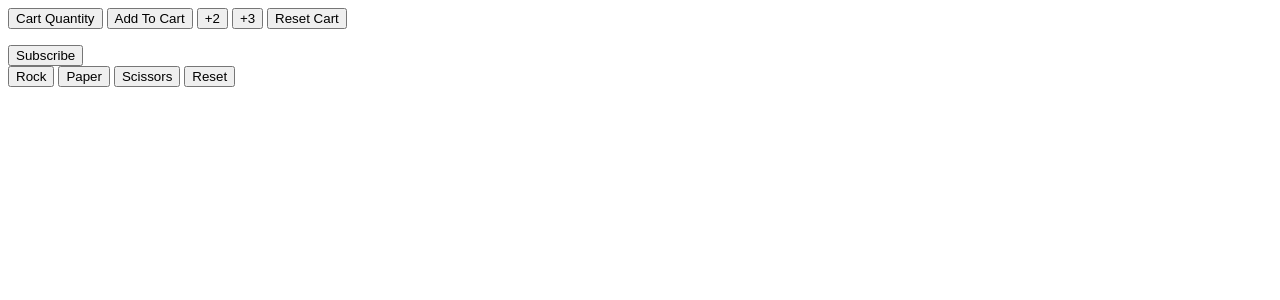
Repository: EguJaredoBoyd/Jared-Learning-Projects
Page: javascript-tutorial.html
The author's editor kept a copy of each file at every save. The page is drawn from the files as they stood at one save, then again after the next save.
The browser window is 1280 px wide. The pictures show the whole page.

Above is the page before, as saved 2025-07-04 13:34:26.

After the next save:
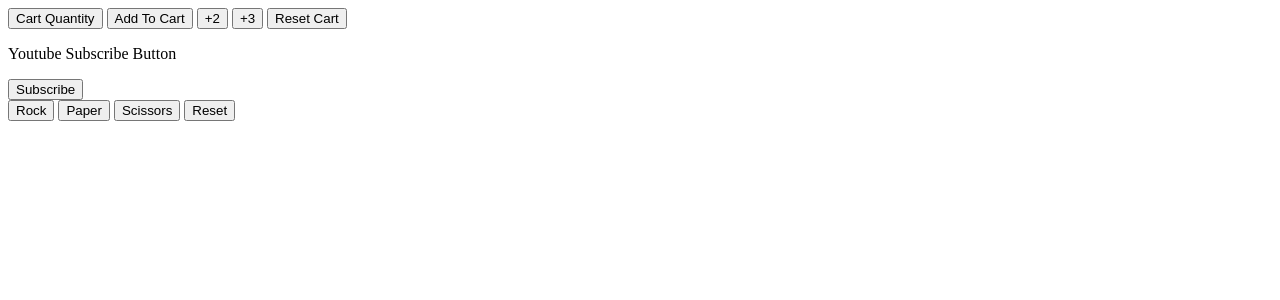
Saved 21 min 30 s later.
--- a/javascript-tutorial.html
+++ b/javascript-tutorial.html
@@ -20,6 +20,7 @@
             cartDisplay()">Reset Cart</button>
 
             <p id="cart-quantity"></p>
+            <p>Youtube Subscribe Button</p>
             <button onclick="
             let subClick = document.querySelector('.sub-button').innerHTML = 'Subscribed';
             if (subClick === 'Subscribed') {
